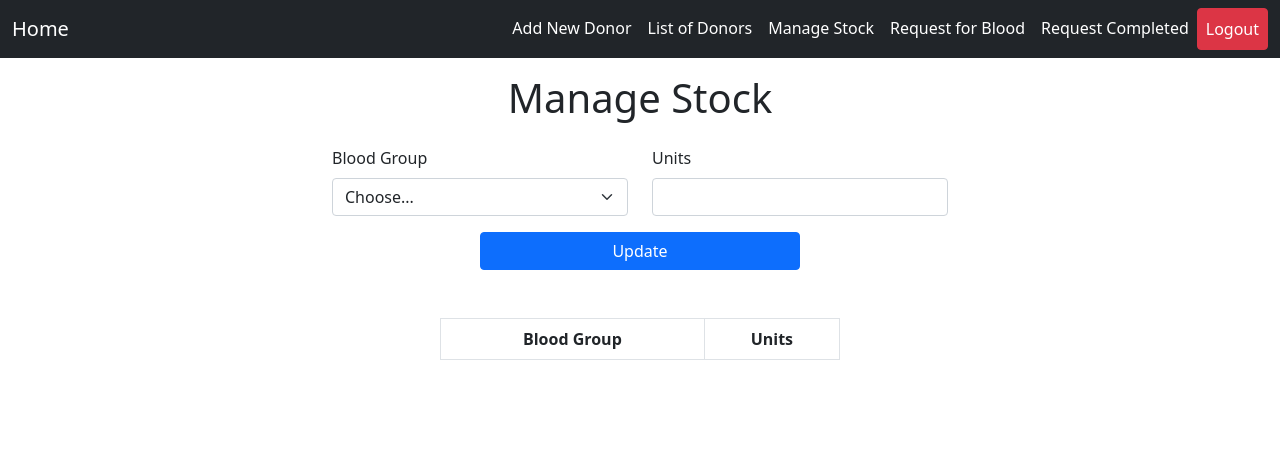
Repository: kshitizJ/Blood-Bank-Management-System-in-jsp
Page: http://localhost/Blood_Bank_Management_System/manageStock.jsp
An editor plug-in stored every save of this project. The page is shown before and after the next save, followed by the edit.
The browser window is 1280 px wide. The pictures show the whole page.
The page is served by Tomcat 9. Queries for data that is not in the repository find no rows.

Above is the page before, as saved 2021-04-28 13:31:29.

### Blood Bank Management System/WebContent/manageStock.jsp
<%@page import="java.sql.*"%>
<%@page import="project.ConnectionProvider"%>
<%@include file="header.html"%>
<!DOCTYPE html>
<html lang="en">

<head>
	<style>
		.size{
			width: 400px;
		}
	</style>
</head>

<body>
	<div class="container-fluid">
		<div class="row">
			<div class="col-12 my-3">
				<h1 class="text-center">Manage Stock</h1>
			</div>
			<div class="col-12">
				<%
					String msg = request.getParameter("msg");
				if ("valid".equals(msg)) {
				%>
				<p class="text-center text-danger">Successfully updated..</p>
				<%
					}
				if ("invalid".equals(msg)) {
				%>
				<p class="text-center text-danger">Invalid data try again..</p>
				<%
					}
				%>
			</div>
			<div class="col-12">
				<form class="form row d-flex justify-content-center"
					action="addNewDonorAction.jsp" method="POST">
					<div class="mb-3 col-md-3">
						<label for="brgp" class="form-label">Blood Group</label> <select
							class="form-select" id="brgp" name="brgp">
							<option selected>Choose...</option>
							<option value="A+">A+</option>
							<option value="A-">A-</option>
							<option value="B+">B+</option>
							<option value="B-">B-</option>
							<option value="O+">O+</option>
							<option value="O-">O-</option>
							<option value="AB+">AB+</option>
							<option value="AB-">AB-</option>
						</select>
					</div>
					<div class="mb-3 col-md-3">
						<label class="form-label" for="typeNumber">Units</label> <input
							type="number" id="typeNumber" class="form-control" name="units"/>
					</div>
					<div class="offset-md-3"></div>
					<button type="submit" class="btn btn-primary col-3">Update</button>
				</form>
			</div>
			<br>
			<br>
			<div class="my-5 col-12 d-flex justify-content-center">
				<table class="size table table-bordered table-striped table-hover text-center">
					<thead>
						<tr>
							<th scope="col">Blood Group</th>
							<th scope="col">Units</th>
						</tr>
					</thead>
					<tbody>
						<tr>
							<%
								try {
								Connection con = ConnectionProvider.getCon();
								Statement st = con.createStatement();
								ResultSet rs = st.executeQuery("select * from stock;");
								while (rs.next()) {
							%>
							<td><%=rs.getString(1)%></td>
							<td><%=rs.getInt(2)%></td>
						</tr>
						<%
							}
						} catch (Exception e) {
						System.out.print(e.getMessage());
						}
						%>
					</tbody>
				</table>
			</div>
		</div>
	</div>
</body>

</html>

### Blood Bank Management System/WebContent/header.html
<!DOCTYPE html>
<html lang="en">
<head>
<meta charset="UTF-8">
<meta http-equiv="X-UA-Compatible" content="IE=edge">
<meta name="viewport" content="width=device-width, initial-scale=1.0">
<title>Admin Panel</title>
<link
	href="https://cdn.jsdelivr.net/npm/bootstrap@5.0.0-beta3/dist/css/bootstrap.min.css"
	rel="stylesheet"
	integrity="sha384-eOJMYsd53ii+scO/bJGFsiCZc+5NDVN2yr8+0RDqr0Ql0h+rP48ckxlpbzKgwra6"
	crossorigin="anonymous">
<link rel="stylesheet" href="style.css" type="text/css" media="screen">
</head>
<body>
	<nav class="navbar sticky-top navbar-expand-lg navbar-dark bg-dark">
		<div class="container-fluid">
			<a class="navbar-brand" href="home.jsp">Home</a>
			<button class="navbar-toggler" type="button"
				data-bs-toggle="collapse" data-bs-target="#navbarNav"
				aria-controls="navbarNav" aria-expanded="false"
				aria-label="Toggle navigation">
				<span class="navbar-toggler-icon"></span>
			</button>
			<div class="collapse navbar-collapse justify-content-end"
				id="navbarNav">
				<ul class="navbar-nav ">
					<li class="nav-item"><a class="nav-link text-white"
						href="addNewDonor.jsp">Add New Donor</a></li>
					<li class="nav-item"><a class="nav-link text-white"
						href="editDeleteList.jsp">List of Donors</a></li>
					<li class="nav-item"><a class="nav-link text-white"
						href="manageStock.jsp">Manage Stock</a></li>
					<li class="nav-item"><a class="nav-link text-white"
						href="requestForBlood.jsp">Request for Blood</a></li>
					<li class="nav-item"><a class="nav-link text-white"
						href="requestCompleted.jsp">Request Completed</a></li>
					<li class="nav-item"><a class="nav-link text-white btn btn-danger"
						href="adminLogin.jsp">Logout</a></li>
				</ul>
			</div>
		</div>
	</nav>
</body>
<script
	src="https://cdn.jsdelivr.net/npm/bootstrap@5.0.0-beta3/dist/js/bootstrap.bundle.min.js"
	integrity="sha384-JEW9xMcG8R+pH31jmWH6WWP0WintQrMb4s7ZOdauHnUtxwoG2vI5DkLtS3qm9Ekf"
	crossorigin="anonymous"></script>

</html>

### Blood Bank Management System/src/project/ConnectionProvider.java
package project;

import java.sql.*;

public class ConnectionProvider {
	public static Connection getCon() {
		try {
			Class.forName("com.mysql.cj.jdbc.Driver");
			Connection con = DriverManager.getConnection("jdbc:mysql://localhost:3306/Blood_Bank_Management_System",
					"root", "Kshitiz123@");
			return con;
		} catch (Exception e) {
			// TODO: handle exception
			System.out.println(e.getMessage());
			return null;
		}
	}
}

### Blood Bank Management System/WebContent/style.css
img {
	width: 100%;
	height: 500px;
}

.logo {
	width: 100px;
	height: 60px;
}

container-fluid {
	padding: 0;
}

After the next save:
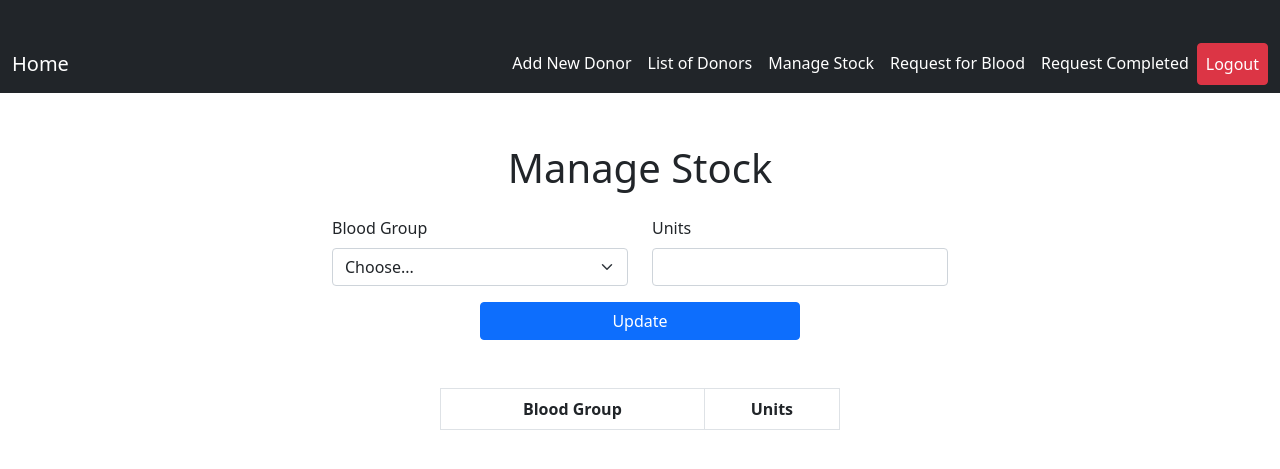
Saved 28 s later.
--- a/Blood Bank Management System/WebContent/manageStock.jsp
+++ b/Blood Bank Management System/WebContent/manageStock.jsp
@@ -8,6 +8,9 @@
 	<style>
 		.size{
 			width: 400px;
+		}
+		.container-fluid{
+			margin-top: 35px;
 		}
 	</style>
 </head>

After the save that followed:
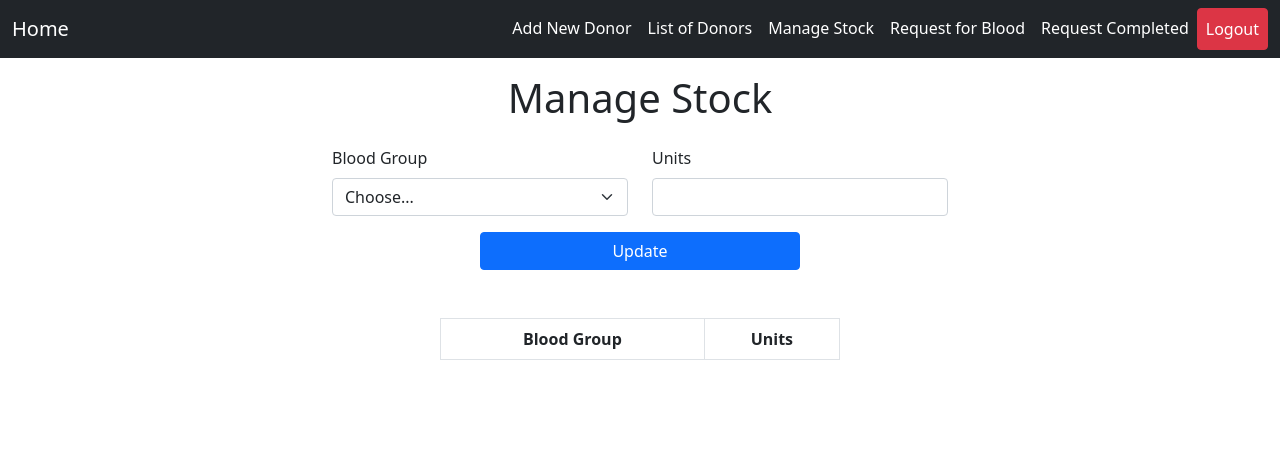
Saved 41 s later.
--- a/Blood Bank Management System/WebContent/manageStock.jsp
+++ b/Blood Bank Management System/WebContent/manageStock.jsp
@@ -8,9 +8,6 @@
 	<style>
 		.size{
 			width: 400px;
-		}
-		.container-fluid{
-			margin-top: 35px;
 		}
 	</style>
 </head>
